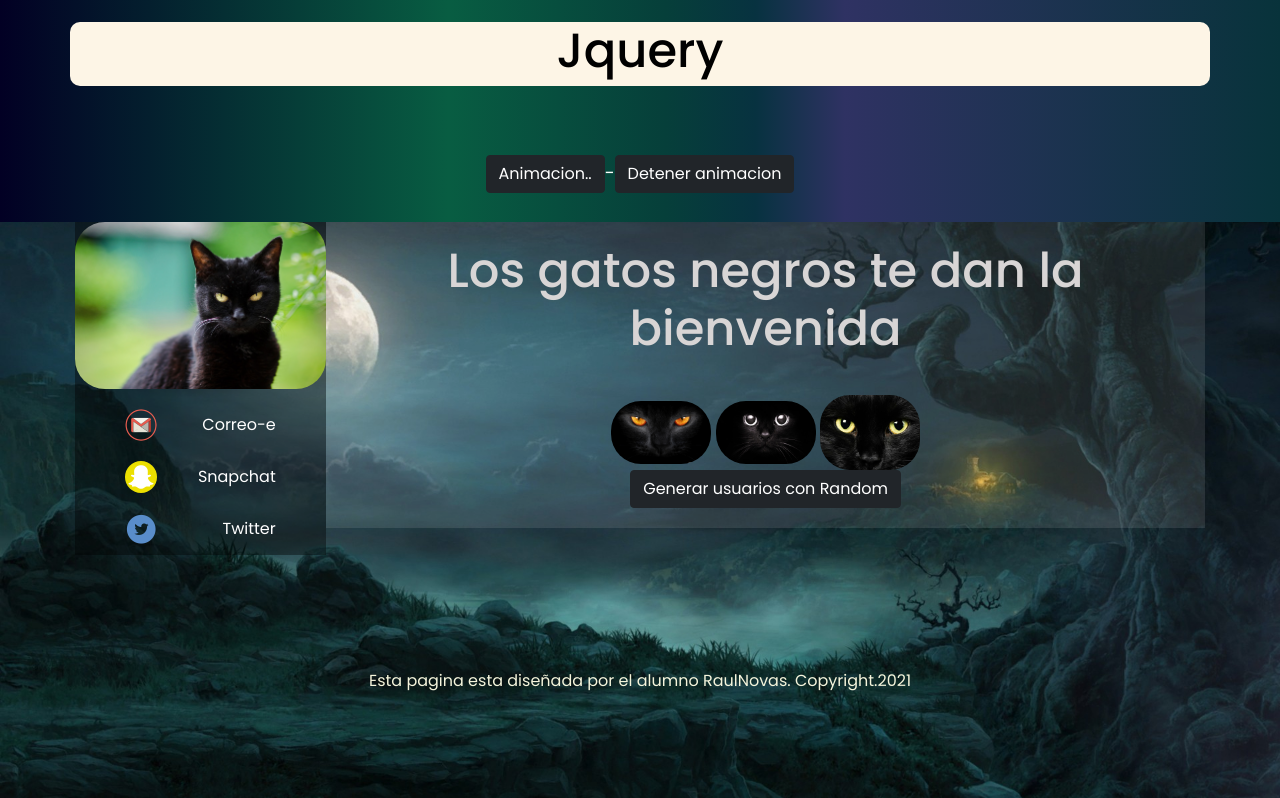
Repository: raul4264/final2
Page: index.html
These files come from the project's save history. The page is drawn as it stood at one moment and after the next save; the edit follows.
The browser window is 1280 px wide. The pictures show the whole page.

Above is the page before, as saved 2021-07-14 09:15:48.

After the next save:
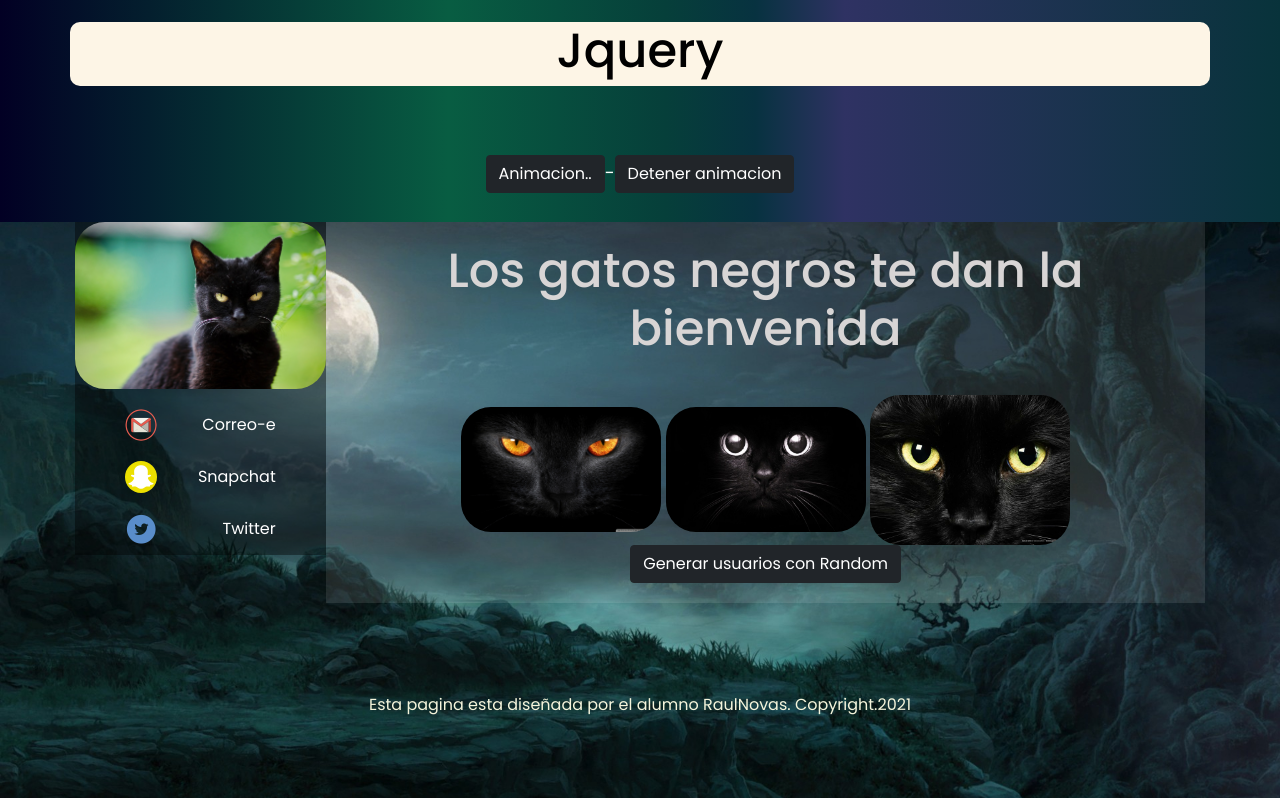
Saved 27 s later.
--- a/index.html
+++ b/index.html
@@ -135,9 +135,9 @@
 
             <!-- Thumbnails -->
 
-                <img src="/images/cat1.jpg" width="100vw">
-                <img src="/images/cat2.jpg" width="100vw" >
-                <img src="/images/cat3.jpg" width="100vw" height="auto" >
+                <img src="/images/cat1.jpg" width="200vw">
+                <img src="/images/cat2.jpg" width="200vw" >
+                <img src="/images/cat3.jpg" width="200vw" height="auto" >
 
             <br>
             <button type="button" class="btn btn-dark" id="usuarios">Generar usuarios con Random</button>
